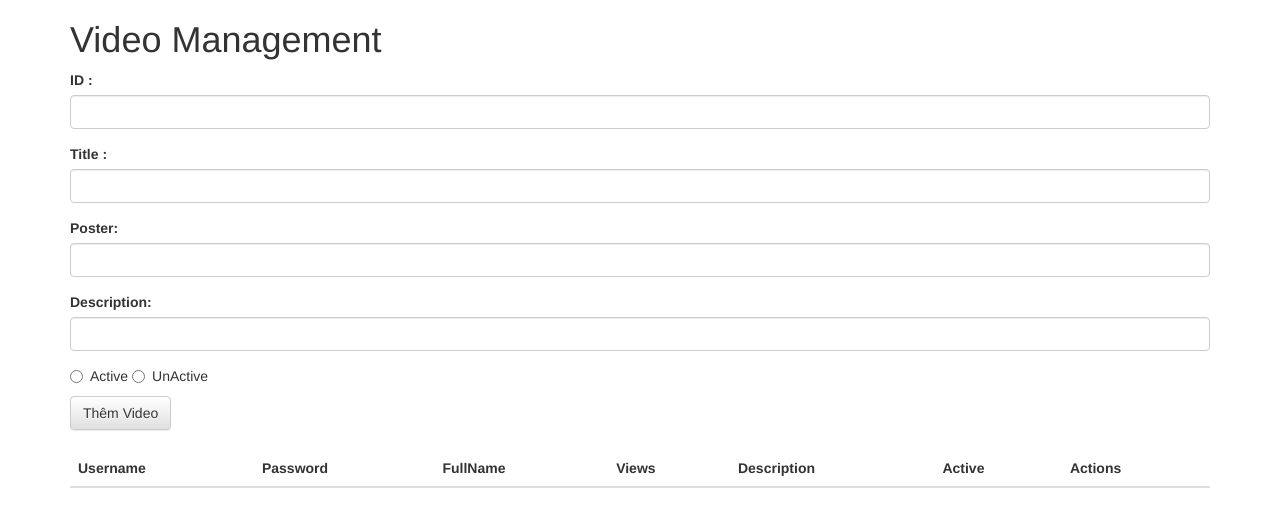
Repository: Hacorbie/Java-Servlet
Page: http://localhost/ASM_JV4/views/User.jsp
These files come from the project's save history. The page is drawn as it stood at one moment and after a run of saves; the edit follows.
The browser window is 1280 px wide. The pictures show the whole page.
Some web libraries are served in a nearby version. The page is served by Tomcat 9. The template is opened directly, without the code that normally fills it, so the values that code supplies are empty.

Above is the page before, as saved 2023-04-09 12:23:05.

After the next 2 saves:
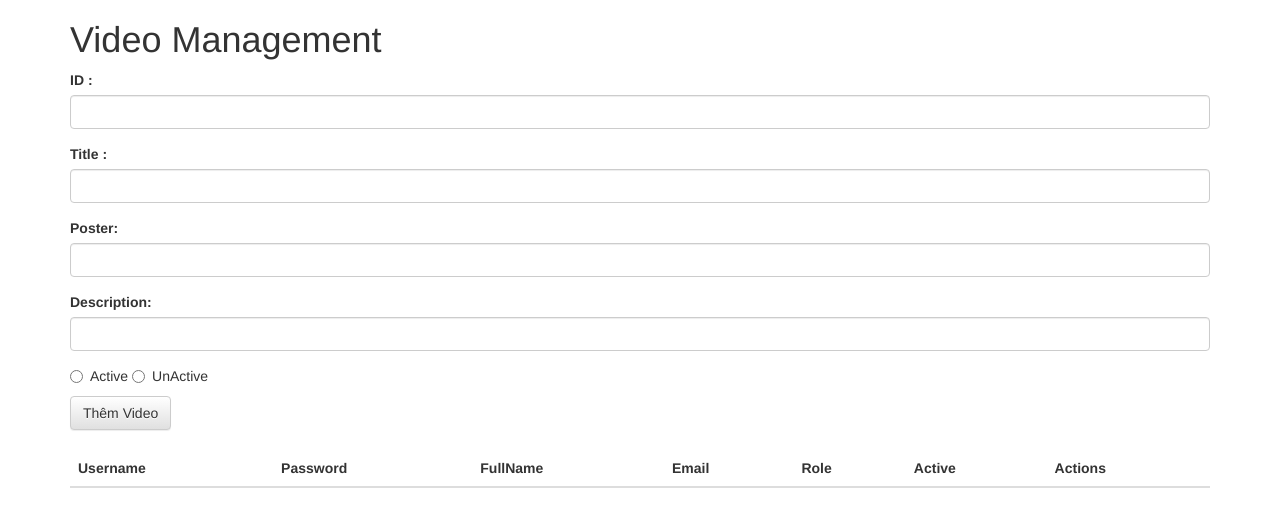
The 2 saves are shown as one change because they came seconds apart.
The last was saved 18 s later.
--- a/ASM_JV4/src/main/webapp/views/User.jsp
+++ b/ASM_JV4/src/main/webapp/views/User.jsp
@@ -49,8 +49,8 @@
 					<th>Username</th>
 					<th>Password</th>
 					<th>FullName</th>
-					<th>Views</th>
-					<th>Description</th>
+					<th>Email</th>
+					<th>Role</th>
 					<th>Active</th>
 					<th>Actions</th>
 				</tr>
